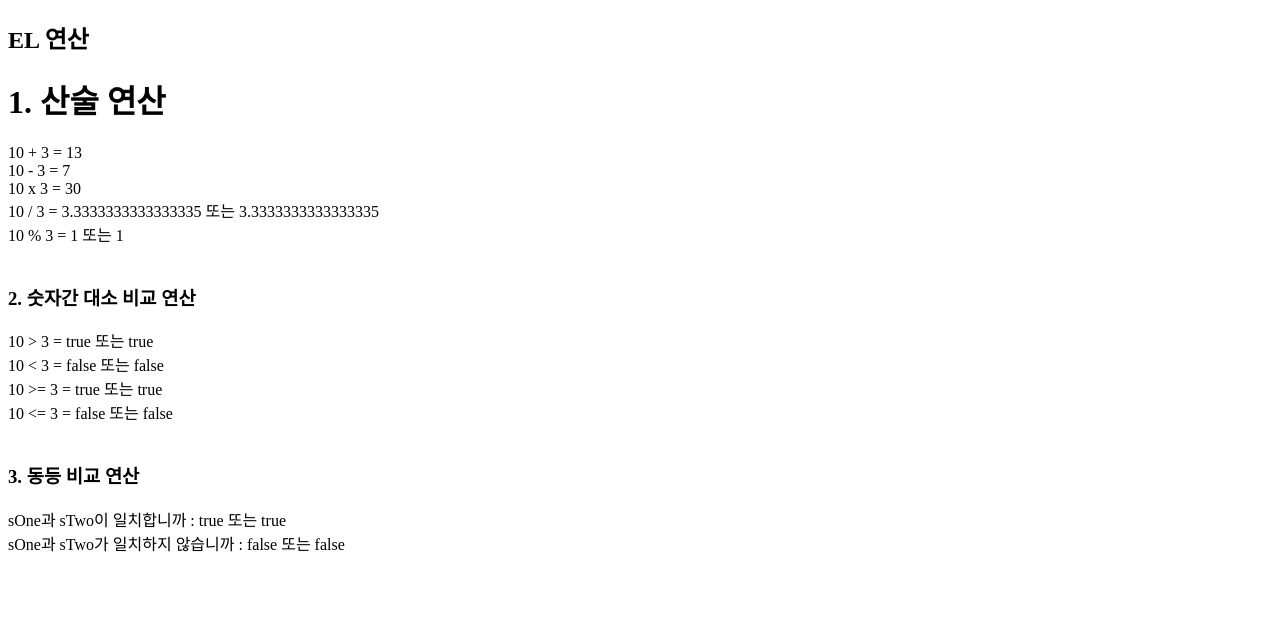
Repository: Young-27/DailyStudy
Page: http://localhost/actionProject/operation.do
The author's editor kept a copy of each file at every save. The page is drawn from the files as they stood at one save, then again after the next save.
The browser window is 1280 px wide. The pictures show the whole page.
The page is served by Tomcat 9.

Above is the page before, as saved 2021-06-16 10:23:34.

After the next save:
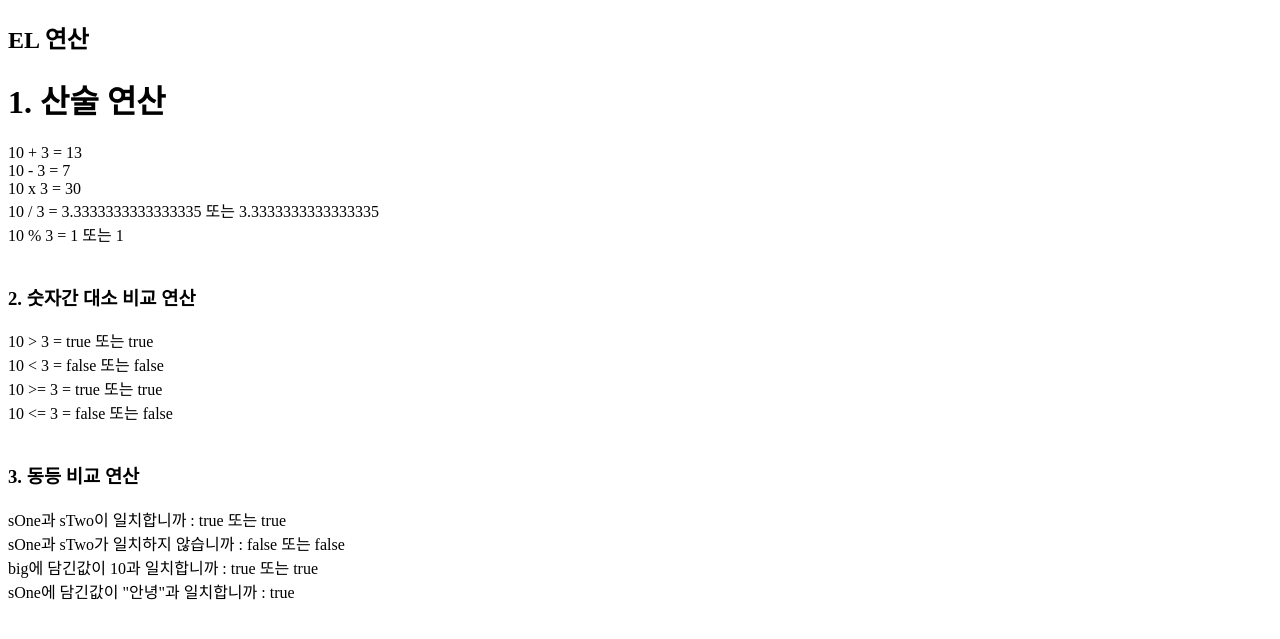
Saved 2 min 35 s later.
--- a/Server/web-workspace2/actionProject/WebContent/views/1_EL/02_elOperation.jsp
+++ b/Server/web-workspace2/actionProject/WebContent/views/1_EL/02_elOperation.jsp
@@ -30,5 +30,9 @@
 	<!-- el에서의 == 비교는 자바에서의 equals()와 같은 동작을 함 -->
 	sOne과 sTwo가 일치하지 않습니까 : ${ sOne != sTwo } 또는 ${ sOne ne sTwo } <br>
 
+	big에 담긴값이 10과 일치합니까 : ${ big == 10 } 또는 ${ big eq 10 } <br>
+
+	sOne에 담긴값이 "안녕"과 일치합니까 : ${sOne == "안녕" }
+
 </body>
 </html>
